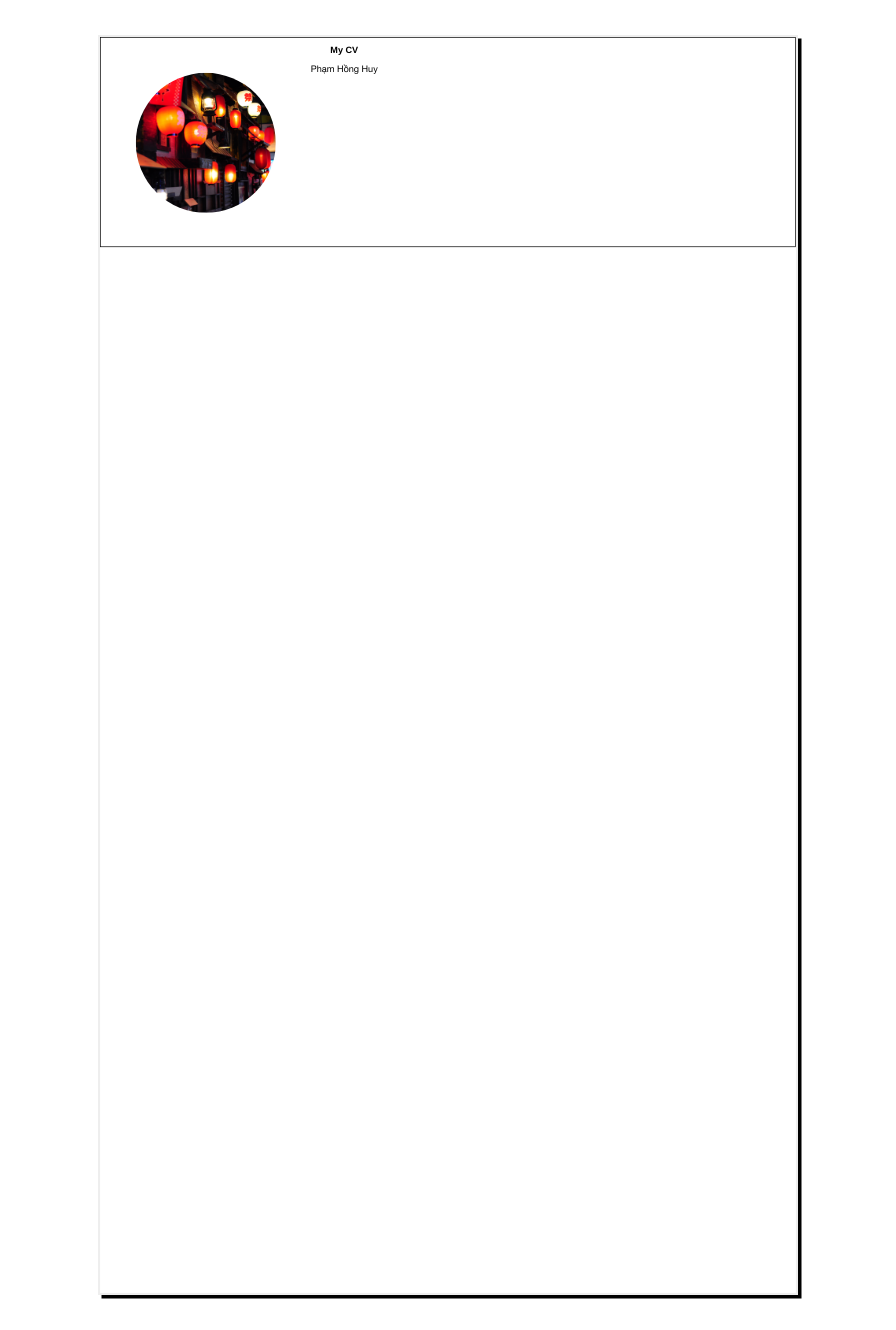
Repository: phamhonghuy/bookstore
Page: index.html
An editor plug-in stored every save of this project. The page is shown before and after a run of saves, followed by the edit.
The browser window is 1280 px wide. The pictures show the whole page, at 70% of full size.

Above is the page before, as saved 2021-10-08 23:33:09.

After the next 6 saves:
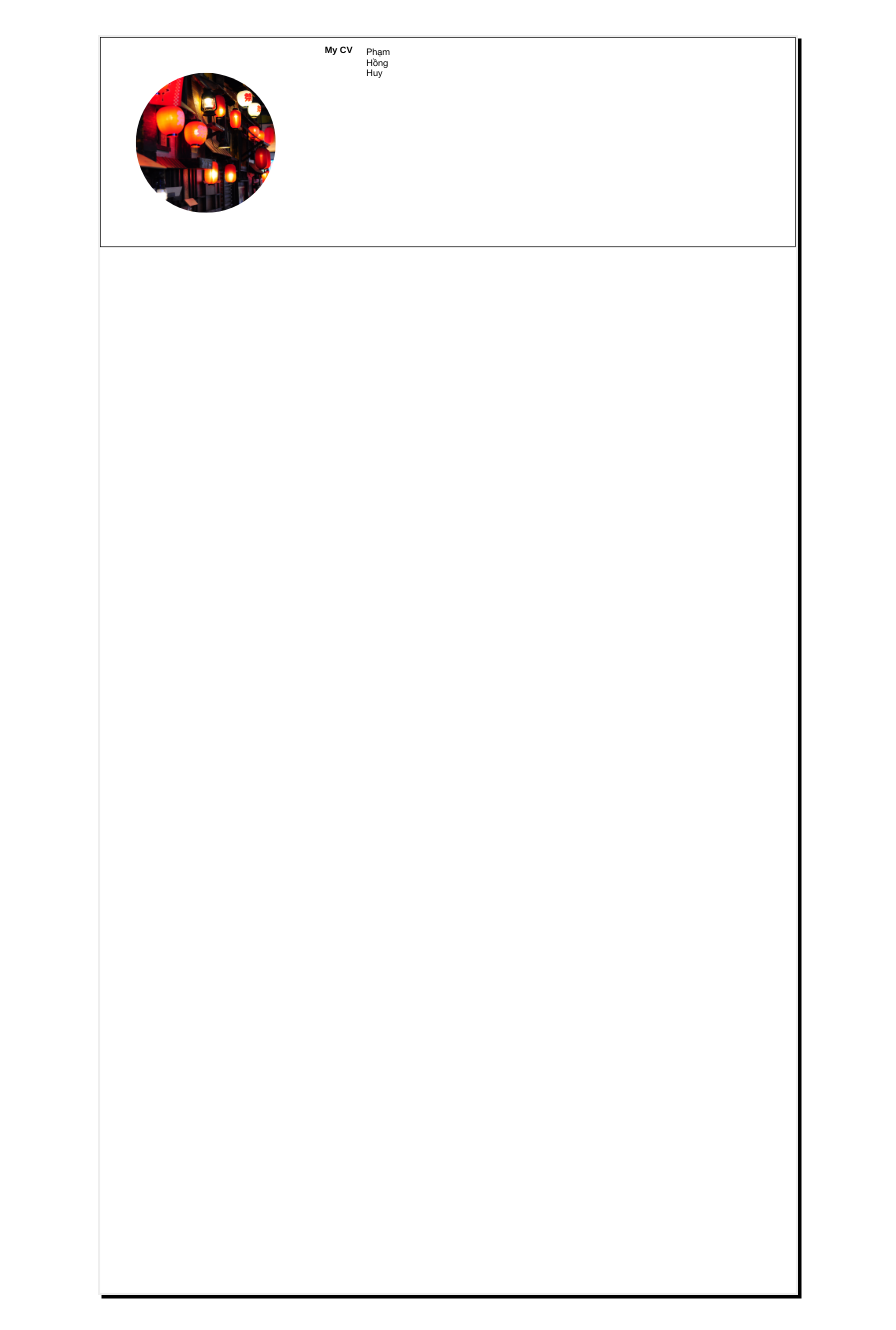
The 6 saves are shown as one change because they came seconds apart.
The last was saved 16 s later.
--- a/css/style.css
+++ b/css/style.css
@@ -33,4 +33,7 @@
     text-align: center;
     width: 100%;
 }
-.header-content
+.header-content{
+    display: flex;
+    fl
+}
